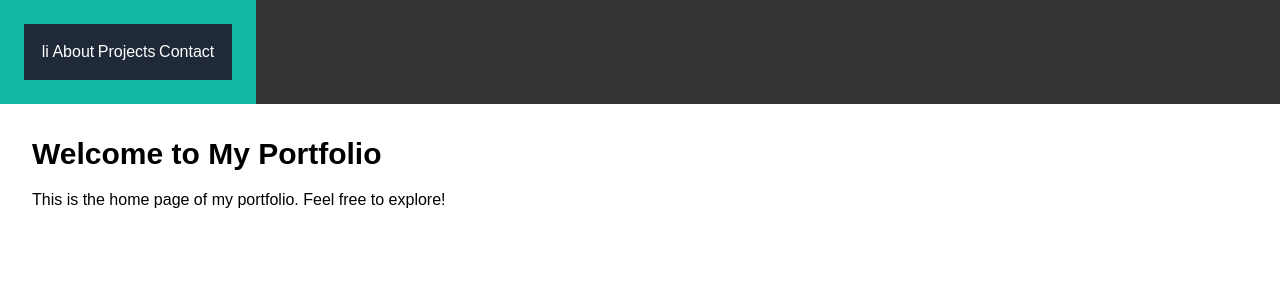
Repository: feyroozecode/feyroozecode.github.io
Page: index.html
An editor plug-in stored every save of this project. The page is shown before and after the next save, followed by the edit.
The browser window is 1280 px wide. The pictures show the whole page.
Some web libraries are served in a nearby version.

Above is the page before, as saved 2023-11-30 21:27:45.

### index.html
<!DOCTYPE html>
<html lang="en">
<head>
  <meta charset="UTF-8">
  <meta name="viewport" content="width=device-width, initial-scale=1.0">
  <title>Portfolio SPA</title>
  <link rel="stylesheet" href="https://cdn.jsdelivr.net/npm/tailwindcss@2.2.19/dist/tailwind.min.css">
  <style>
    body {
      font-family: 'Arial', sans-serif;
      margin: 0;
      padding: 0;
    }

    header {
      background-color: #333;
    }

    nav {
      display: flex;
      justify-content: space-around;
      padding: 1rem;
    }

    nav a {
      color: white;
      text-decoration: none;
    }

    main {
      padding: 2rem;
    }
  </style>
     <script src="https://cdn.tailwindcss.com"></script>
</head>
</head>
<body>

    <!-- sidebar-->
<header class="text-white">
    <aside class="bg-teal-500 w-64 p-6">
    <nav class="bg-gray-800">
        li
        <a href="#" onclick="navigateTo('about')">About</a>
        <a href="#" onclick="navigateTo('projects')">Projects</a>
        <a href="#" onclick="navigateTo('contact')">Contact</a>
    </nav>
    </aside>
</header>

<main id="app">
  <!-- Content will be dynamically updated here -->
</main>

<script>
  function navigateTo(page) {
    switch (page) {
      case 'home':
        renderHome();
        break;
      case 'about':
        renderAbout();
        break;
      case 'projects':
        renderProjects();
        break;
      case 'contact':
        renderContact();
        break;
      default:
        renderHome();
    }
  }

  function renderHome() {
    document.getElementById('app').innerHTML = `
      <h2 class="text-3xl font-bold mb-4">Welcome to My Portfolio</h2>
      <p>This is the home page of my portfolio. Feel free to explore!</p>
    `;
  }

  function renderAbout() {
    document.getElementById('app').innerHTML = `
      <h2 class="text-3xl font-bold mb-4">About Me</h2>
      <p>This is the about me section of my portfolio. Learn more about who I am and my skills.</p>
    `;
  }

  function renderProjects() {
    document.getElementById('app').innerHTML = `
      <h2 class="text-3xl font-bold mb-4">My Projects</h2>
      <p>Explore the projects I have worked on in this section.</p>
    `;
  }

  function renderContact() {
    document.getElementById('app').innerHTML = `
      <h2 class="text-3xl font-bold mb-4">Contact Me</h2>
      <p>Feel free to contact me through the provided information.</p>
    `;
  }

  // Initial load
  navigateTo('home');
</script>

</body>
</html>

After the next save:
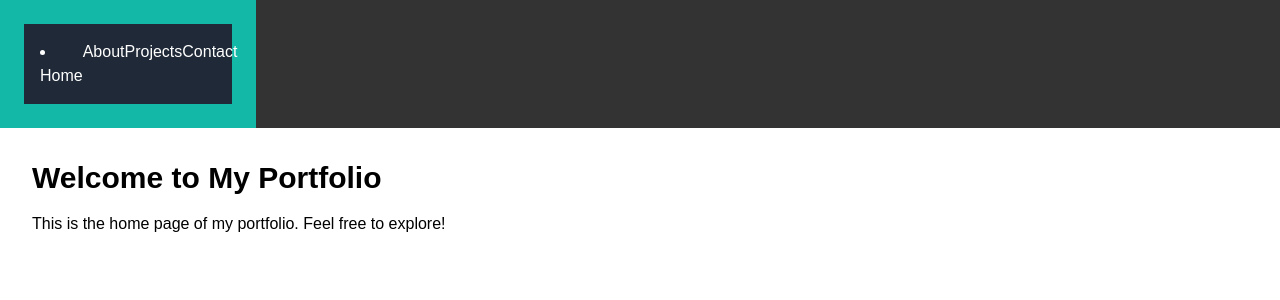
Saved 4 s later.
--- a/index.html
+++ b/index.html
@@ -40,7 +40,9 @@
 <header class="text-white">
     <aside class="bg-teal-500 w-64 p-6">
     <nav class="bg-gray-800">
-        li
+        <li>
+            <a href="#" onclick="navigateTo('home')">Home</a>
+        </li>
         <a href="#" onclick="navigateTo('about')">About</a>
         <a href="#" onclick="navigateTo('projects')">Projects</a>
         <a href="#" onclick="navigateTo('contact')">Contact</a>
